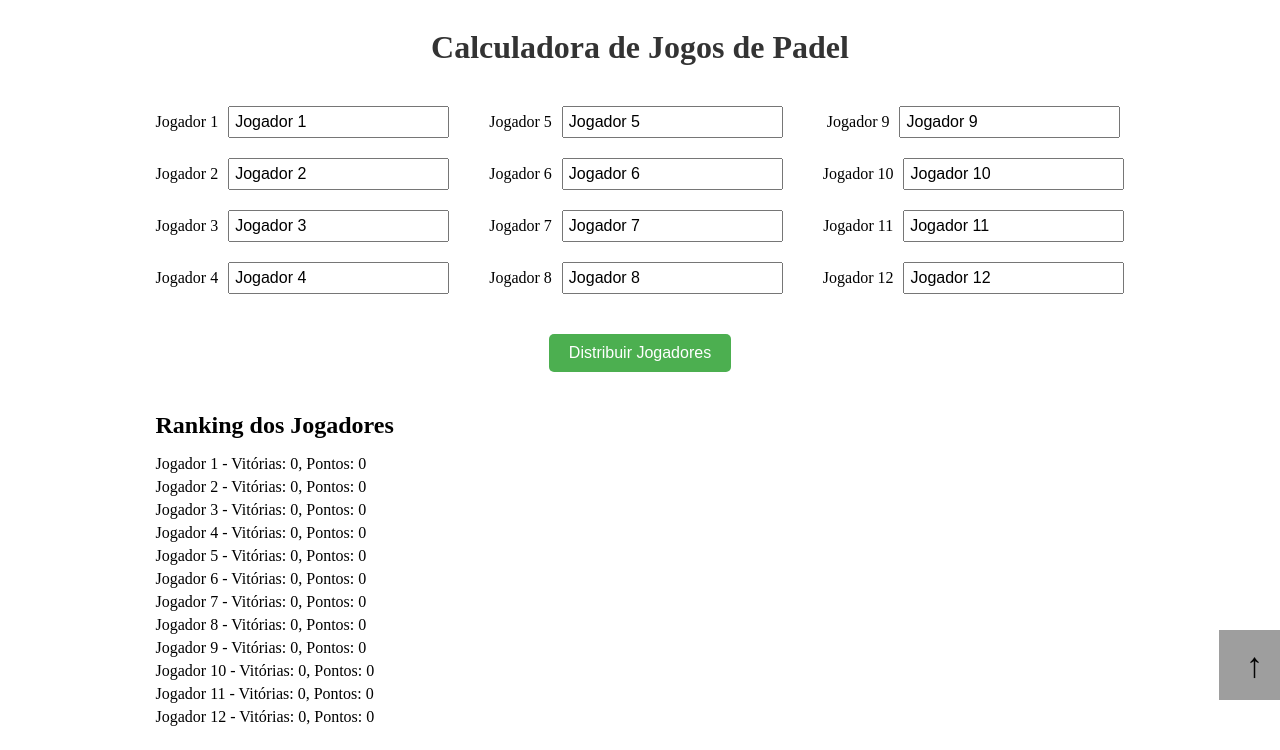
Repository: MarcioMiguel22/PadelMaster
Page: /calculadora
The author's editor kept a copy of each file at every save. The page is drawn from the files as they stood at one save, then again after the next save.
The browser window is 1280 px wide. The pictures show the whole page.
Pictures or frames that could not be fetched are drawn as grey boxes. The project was rebuilt for these pictures with package versions that can differ from the ones it lists, and the page was loaded fresh each time. Also part of the build but not shown: vite.config.ts, src/pages/Home/Home.tsx, src/components/components_calculadora/Campo.tsx, src/components/components_calculadora/Jogo.tsx, src/index.css.

Above is the page before, as saved 2024-06-14 12:00:58.

### src/main.tsx
///home/marciomiguel/code/MarcioMiguel22/Sites/PadelMaster/src/main.tsx
import { render } from 'react-dom';
import { StrictMode } from 'react';
import App from './App';
import './index.css';

const root = document.getElementById('root')!;
render(
  <StrictMode>
    <App />
  </StrictMode>,
  root
);

### src/App.tsx

///home/marciomiguel/code/MarcioMiguel22/Sites/PadelMaster/src/App.tsx

import { BrowserRouter, Routes, Route } from 'react-router-dom';
import Home from './pages/Home/Home';
import Calculadora from './pages/Calculadora/Calculadora';

function App() {
  return (
    <BrowserRouter>
      <Routes>
        <Route path="/" element={<Home />} />
        <Route path="/calculadora" element={<Calculadora />} /> // Wrap Calculadora component with curly braces
      </Routes>
    </BrowserRouter>
  );
}

export default App

### src/pages/Calculadora/Calculadora.tsx
import React, { useState } from 'react';
import './Calculadora.css';
import JogadoresLista from '../../components/components_calculadora/JogadoresLista';
import Jogo from '../../components/components_calculadora/Jogo';
import Ranking from '../../components/components_calculadora/Ranking';
import { Jogador, Time, Campo as CampoType } from '../../utils/types/types'; // Importando os tipos
import { iniciarProximoJogo } from '../../components/components_calculadora/logic/gameLogic'; // Importando a função
import ScrollToTopButton from '../../components/components_calculadora/ScrollToTopButton'; // Importando o novo componente

const jogadoresIniciais: Jogador[] = Array.from({ length: 12 }, (_, i) => ({
  id: i + 1,
  nome: `Jogador ${i + 1}`,
  vitorias: 0,
  pontos: 0,
}));

const embaralharArray = <T,>(array: T[]): T[] => {
  const copiaArray = [...array];
  for (let i = copiaArray.length - 1; i > 0; i--) {
    const j = Math.floor(Math.random() * (i + 1));
    [copiaArray[i], copiaArray[j]] = [copiaArray[j], copiaArray[i]];
  }
  return copiaArray;
};

const criarTimes = (jogadores: Jogador[]): Time[] => {
  const jogadoresEmbaralhados = embaralharArray(jogadores);
  const times: Time[] = [];
  for (let i = 0; i < jogadoresEmbaralhados.length; i += 2) {
    times.push({ jogadores: jogadoresEmbaralhados.slice(i, i + 2), resultado: 0 });
  }
  return times;
};

const criarCampos = (times: Time[]): CampoType[] => [
  { id: 1, times: times.slice(0, 2) },
  { id: 2, times: times.slice(2, 4) },
  { id: 3, times: times.slice(4, 6) },
];

const CalculadoraApp: React.FC = () => {
  const [jogadores, setJogadores] = useState<Jogador[]>(jogadoresIniciais);
  const [jogos, setJogos] = useState<CampoType[][]>([]);

  const handleNomeChange = (id: number, novoNome: string) => {
    setJogadores(jogadores.map(jogador =>
      jogador.id === id ? { ...jogador, nome: novoNome } : jogador
    ));
  };

  const handleResultadoChange = (jogoIndex: number, campoId: number, timeIndex: number, novoResultado: number) => {
    setJogos(jogos.map((jogo, idx) =>
      idx === jogoIndex
        ? jogo.map(campo =>
            campo.id === campoId
              ? {
                  ...campo,
                  times: campo.times.map((time, index) =>
                    index === timeIndex ? { ...time, resultado: novoResultado } : time
                  ),
                }
              : campo
          )
        : jogo
    ));
  };

  const handleNomeEdit = (jogoIndex: number, campoId: number, timeIndex: number, jogadorIndex: number, novoNome: string) => {
    setJogos(jogos.map((jogo, idx) =>
      idx === jogoIndex
        ? jogo.map(campo =>
            campo.id === campoId
              ? {
                  ...campo,
                  times: campo.times.map((time, tIdx) =>
                    tIdx === timeIndex
                      ? {
                          ...time,
                          jogadores: time.jogadores.map((jogador, jIdx) =>
                            jIdx === jogadorIndex ? { ...jogador, nome: novoNome } : jogador
                          ),
                        }
                      : time
                  ),
                }
              : campo
          )
        : jogo
    ));
  };

  const distribuirJogadores = () => {
    const times = criarTimes(jogadores);
    const novosCampos = criarCampos(times);
    setJogos([novosCampos]);
  };

  const getTeamClass = (campo: CampoType, timeIndex: number): string => {
    if (campo.times.length < 2) return '';
    const resultadoAtual = campo.times[timeIndex].resultado;
    const resultadoOponente = campo.times[1 - timeIndex]?.resultado;
    if (resultadoAtual > resultadoOponente) return 'team vencedor';
    if (resultadoAtual < resultadoOponente) return 'team perdedor';
    return 'team';
  };

  const jogadoresClassificados = [...jogadores].sort((a, b) => {
    if (b.vitorias === a.vitorias) {
      return b.pontos - a.pontos;
    }
    return b.vitorias - a.vitorias;
  });

  return (
    <div className="calculadora-container">
      <h1>Calculadora de Jogos de Padel</h1>
      <div className="main-content">
        <JogadoresLista jogadores={jogadores} handleNomeChange={handleNomeChange} />
        <div className="fields-container">
          <button onClick={distribuirJogadores} className="distribute-button">Distribuir Jogadores</button>
          {jogos.map((jogo, jogoIndex) => (
            <Jogo
              key={jogoIndex}
              jogo={jogo}
              jogoIndex={jogoIndex}
              handleResultadoChange={handleResultadoChange}
              handleNomeEdit={handleNomeEdit}
              getTeamClass={getTeamClass}
            />
          ))}
        </div>
        {jogos.length > 0 && jogos.length < 5 && (
          <button onClick={() => iniciarProximoJogo(jogos, setJogos)} className="distribute-button">Jogo {jogos.length + 1}</button>
        )}
        <ScrollToTopButton />
        <Ranking jogadoresClassificados={jogadoresClassificados} />
      </div>
    </div>
  );
};

export default CalculadoraApp;

### src/pages/Home/Home.module.css
.padel-container {
  text-align: center;
  background-color: white;
  padding: 20px;
  border-radius: 10px;
  box-shadow: 0 0 10px rgba(0, 0, 0, 0.1);
}

h1 {
  color: #333;
  margin-bottom: 20px;
}

.padel-image {
  max-width: 50%;
  height: auto;
  border-radius: 10px;
  margin-bottom: 20px;
}

.enter-button {
  background-image: url('../../assets/images/tennis-ball.png'); /* Ensure the path is correct */
  background-size: cover;
  background-position: center;
  background-repeat: no-repeat;
  width: 60px;
  height: 60px;
  border: none;
  border-radius: 50%;
  cursor: pointer;
  padding: 0;
}

.enter-button:hover {
  transform: scale(1.1);
}

### src/pages/Calculadora/Calculadora.css
.calculadora-container {
  /* padding: 20px;
  text-align: center; */
  display: flex;
  flex-direction: column;
  align-items: center;
  gap: 20px;
}

.main-content {
  /* display: flex;
  flex-direction: column;
  align-items: center;*/
  gap: 20px;
}

.jogadores-lista {
  display: flex;
  flex-direction: row;
  justify-content: center;
  gap: 40px;
  /* margin-bottom: 20px; */

}

.jogadores-coluna {
  display: flex;
  flex-direction: column;
  align-items: center;
  gap: 10px;
}

.jogador-item {
  display: flex;
  align-items: center;
  margin-bottom: 10px;
}

.jogador-item label {
  margin-right: 10px;
}

.jogador-item input {
  padding: 5px;
  font-size: 16px;
}

.jogador-input {
  margin-right: 5px;
  padding: 5px;
  font-size: 16px;
  border: 1px solid #ccc;
  border-radius: 5px;
}

.distribute-button, .scroll-to-top {
  background-color: #4CAF50;
  color: white;
  padding: 10px 20px;
  border: none;
  border-radius: 5px;
  cursor: pointer;
  font-size: 16px;
  margin-top: 10px;
}

.distribute-button:hover, .scroll-to-top:hover {
  background-color: #45a049;
}

.fields-container {
  display: flex;
  flex-direction: column;
  align-items: center;
  margin-top: 20px;
}

.jogo {
  margin-bottom: 40px;
}

.campos {
  display: flex;
  justify-content: space-around;
}

.field {
  background-color: #f9f9f9;
  padding: 20px;
  border-radius: 10px;
  box-shadow: 0 0 10px rgba(0, 0, 0, 0.1);
  width: 30%;
}

.field h2 {
  margin-top: 0;
}

.team {

  list-style-type: none;
  padding: 5px;
  background-color: #fff;
  margin: 5px 0;
  border-radius: 5px;
  box-shadow: 0 0 5px rgba(0, 0, 0, 0.1);
  width:fit-content; /* Ajuste o valor conforme necessário */
}


.team.vencedor {
  background-color: #d4edda; /* Verde claro */
}

.team.perdedor {
  background-color: #f8d7da; /* Vermelho claro */
}

.team div {
  display: flex;
  align-items: center;
}

.team input.resultado-input {
  margin-left: 10px;
  width: 45px;
  padding: 5px;
  font-size: 16px;
}

.ranking-container {
  margin-top: 40px;
}

.ranking-container h2 {
  margin-bottom: 10px;
}

.ranking-container ul {
  list-style-type: none;
  padding: 0;
}

.ranking-container li {
  margin: 5px 0;
}

### src/components/components_calculadora/JogadoresLista.tsx
import React from 'react';
import JogadorItem from './JogadorItem';
import { Jogador } from '../../utils/types/types'; // Importando o tipo Jogador

interface JogadoresListaProps {
  jogadores: Jogador[];
  handleNomeChange: (id: number, novoNome: string) => void;
}

const JogadoresLista: React.FC<JogadoresListaProps> = ({ jogadores, handleNomeChange }) => (
  <div className="jogadores-lista">
    {Array.from({ length: 3 }, (_, i) => (
      <div className="jogadores-coluna" key={i}>
        {jogadores.slice(i * 4, (i + 1) * 4).map(jogador => (
          <JogadorItem
            key={jogador.id}
            jogador={jogador}
            handleNomeChange={handleNomeChange}
          />
        ))}
      </div>
    ))}
  </div>
);

export default JogadoresLista;

### src/components/components_calculadora/Ranking.tsx
import React from 'react';

interface Jogador {
  id: number;
  nome: string;
  vitorias: number;
  pontos: number;
}

interface RankingProps {
  jogadoresClassificados: Jogador[];
}

const Ranking: React.FC<RankingProps> = ({ jogadoresClassificados }) => (
  <div className="ranking-container">
    <h2>Ranking dos Jogadores</h2>
    <ul>
      {jogadoresClassificados.map((jogador) => (
        <li key={jogador.id}>
          {jogador.nome} - Vitórias: {jogador.vitorias}, Pontos: {jogador.pontos}
        </li>
      ))}
    </ul>
  </div>
);

export default Ranking;

### src/components/components_calculadora/logic/gameLogic.ts
import { Jogador, Campo as CampoType } from '../../../utils/types/types';

export const separarDuplas = (jogadores: Jogador[]): Jogador[] => {
  const separados: Jogador[] = [];
  while (jogadores.length) {
    const [jogador1, jogador2] = jogadores.splice(0, 2);
    separados.push(jogador1);
    if (jogador2) separados.push(jogador2);
  }
  return separados;
};

export const iniciarProximoJogo = (jogos: CampoType[][], setJogos: React.Dispatch<React.SetStateAction<CampoType[][]>>) => {
  const ultimoJogo = jogos[jogos.length - 1];
  const novosCampos: CampoType[] = [
    { id: 1, times: [] },
    { id: 2, times: [] },
    { id: 3, times: [] },
  ];

  const campo1 = ultimoJogo.find(campo => campo.id === 1);
  const campo2 = ultimoJogo.find(campo => campo.id === 2);
  const campo3 = ultimoJogo.find(campo => campo.id === 3);

  if (campo1 && campo2 && campo3) {
    const [time1Campo1, time2Campo1] = campo1.times;
    const [time1Campo2, time2Campo2] = campo2.times;
    const [time1Campo3, time2Campo3] = campo3.times;

    // Vencedores e perdedores dos campos
    const vencedoresCampo1 = time1Campo1.resultado > time2Campo1.resultado ? time1Campo1.jogadores : time2Campo1.jogadores;
    const perdedoresCampo1 = time1Campo1.resultado > time2Campo1.resultado ? time2Campo1.jogadores : time1Campo1.jogadores;

    const vencedoresCampo2 = time1Campo2.resultado > time2Campo2.resultado ? time1Campo2.jogadores : time2Campo2.jogadores;
    const perdedoresCampo2 = time1Campo2.resultado > time2Campo2.resultado ? time2Campo2.jogadores : time1Campo2.jogadores;

    const vencedoresCampo3 = time1Campo3.resultado > time2Campo3.resultado ? time1Campo3.jogadores : time2Campo3.jogadores;
    const perdedoresCampo3 = time1Campo3.resultado > time2Campo3.resultado ? time2Campo3.jogadores : time1Campo3.jogadores;

    // Atualizar pontuação dos jogadores
    const margemVitoriaCampo1 = Math.abs(time1Campo1.resultado - time2Campo1.resultado);
    const margemVitoriaCampo2 = Math.abs(time1Campo2.resultado - time2Campo2.resultado);
    const margemVitoriaCampo3 = Math.abs(time1Campo3.resultado - time2Campo3.resultado);

    vencedoresCampo1.forEach(jogador => {
      jogador.vitorias += 1;
      jogador.pontos += margemVitoriaCampo1;
    });

    vencedoresCampo2.forEach(jogador => {
      jogador.vitorias += 1;
      jogador.pontos += margemVitoriaCampo2;
    });

    vencedoresCampo3.forEach(jogador => {
      jogador.vitorias += 1;
      jogador.pontos += margemVitoriaCampo3;
    });

    // Campo 1: vencedores do campo 1 e vencedores do campo 2
    novosCampos[0].times.push(
      { jogadores: [vencedoresCampo1[0], vencedoresCampo2[0]], resultado: 0 },
      { jogadores: [vencedoresCampo1[1], vencedoresCampo2[1]], resultado: 0 }
    );

    // Campo 2: perdedores do campo 1 e vencedores do campo 3
    novosCampos[1].times.push(
      { jogadores: [perdedoresCampo1[0], vencedoresCampo3[0]], resultado: 0 },
      { jogadores: [perdedoresCampo1[1], vencedoresCampo3[1]], resultado: 0 }
    );

    // Campo 3: perdedores do campo 2 e perdedores do campo 3
    novosCampos[2].times.push(
      { jogadores: [perdedoresCampo2[0], perdedoresCampo3[0]], resultado: 0 },
      { jogadores: [perdedoresCampo2[1], perdedoresCampo3[1]], resultado: 0 }
    );
  }

  setJogos([...jogos, novosCampos]);
};

### src/components/components_calculadora/ScrollToTopButton.tsx
import React from 'react';
import tennisBall from '../../assets/images/tennis-ball.png';
import styles from './ScrollToTopButton.module.css'; // Importando o arquivo CSS Module

const ScrollToTopButton: React.FC = () => {
  const scrollToTop = () => {
    window.scrollTo({ top: 0, behavior: 'smooth' });
  };

  return (
    <button onClick={scrollToTop} className={styles.scrollToTop}>
      <img src={tennisBall} alt="Tennis Ball" className={styles.tennisBall} />
      <span className={styles.arrowUp}>↑</span>
    </button>
  );
};

export default ScrollToTopButton;

### src/components/components_calculadora/JogadorItem.tsx
import React from 'react';
import { Jogador } from '../../utils/types/types'; // Importando o tipo Jogador

interface JogadorItemProps {
  jogador: Jogador;
  handleNomeChange: (id: number, novoNome: string) => void;
}

const JogadorItem: React.FC<JogadorItemProps> = ({ jogador, handleNomeChange }) => (
  <div className="jogador-item">
    <label>{`Jogador ${jogador.id}`}</label>
    <input
      type="text"
      value={jogador.nome}
      onChange={(e) => handleNomeChange(jogador.id, e.target.value)}
    />
  </div>
);

export default JogadorItem;

### src/components/components_calculadora/ScrollToTopButton.module.css
.scrollToTop {
  position: fixed;
  bottom: 20px;
  left: 98%;
  transform: translateX(-50%);
  width: 70px;
  height: 70px;
  border: none;
  background: none;
  cursor: pointer;
  display: flex;
  align-items: center;
  justify-content: center;
}

.tennisBall {
  width: 100%;
  height: 100%;
  position: absolute;
}

.arrowUp {
  position: absolute;
  font-size: 35px;
  color: rgb(5, 5, 5);
  font-weight: bold;
  z-index: 1;
}

Loaded but not shown: index.html (common file)

After the next save:
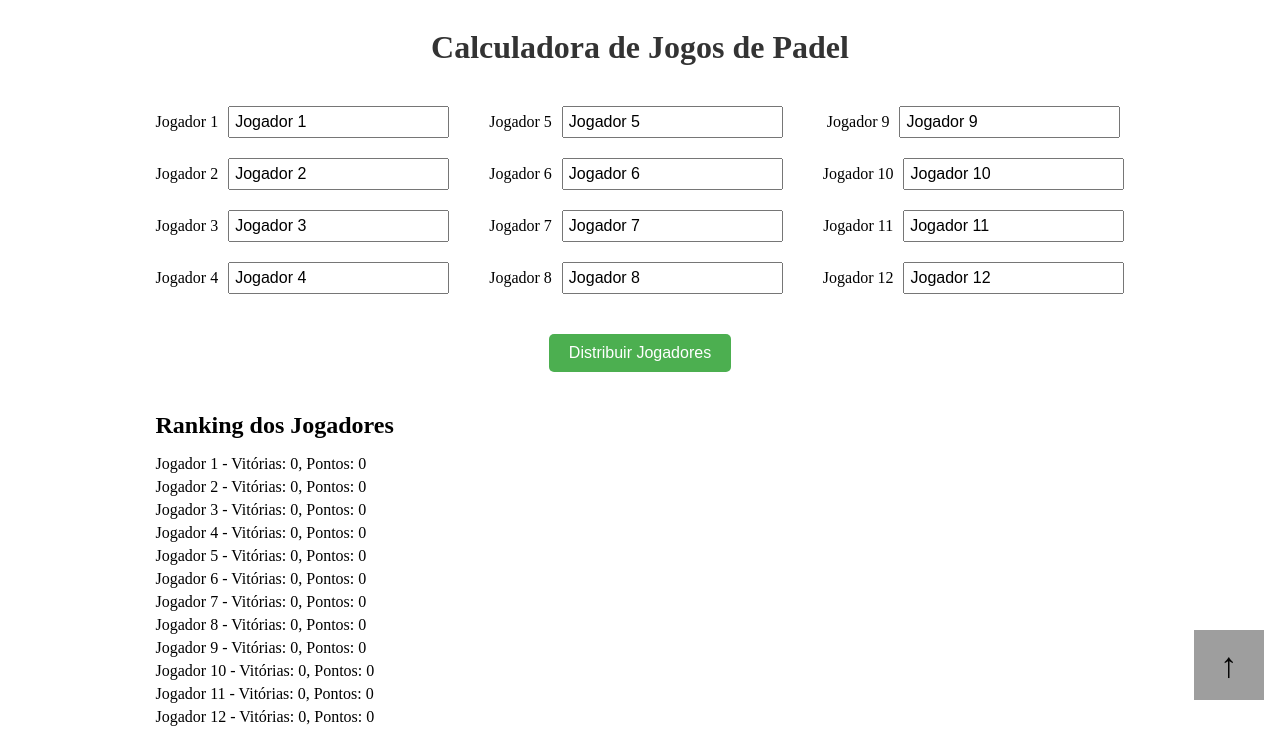
Saved 11 s later.
--- a/src/components/components_calculadora/ScrollToTopButton.module.css
+++ b/src/components/components_calculadora/ScrollToTopButton.module.css
@@ -1,7 +1,7 @@
 .scrollToTop {
   position: fixed;
   bottom: 20px;
-  left: 98%;
+  left: 96%;
   transform: translateX(-50%);
   width: 70px;
   height: 70px;
